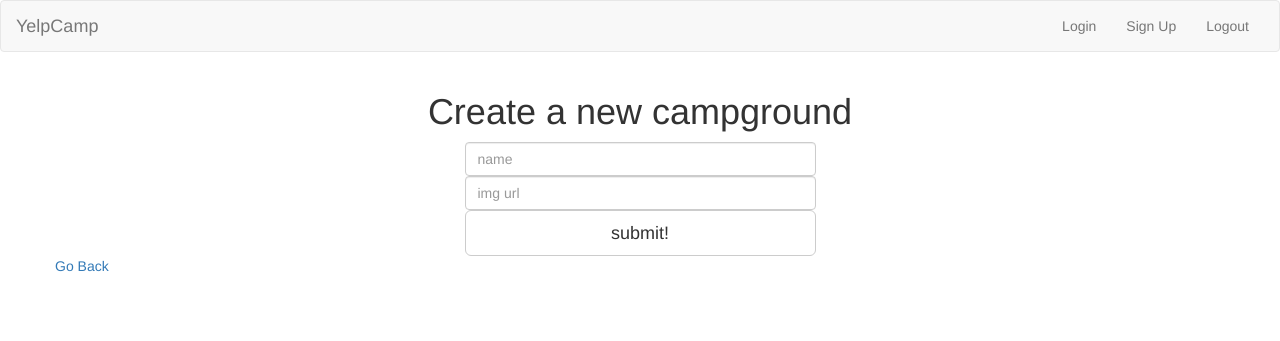
Repository: 19ycy91/myexercise
Page: http://localhost/campgrounds/new
The author's editor kept a record of every edit. The page is drawn from the files as they stood at one moment, then again after the next edit.
The browser window is 1280 px wide. The pictures show the whole page.
The page is served by the project's Node server (YelpCamp/v1/app.js).

Above is the page before.

### 6_Projects_UsingBackEndandRESTfulRoutes/workspace/YelpCamp/v1/views/new.ejs
<% include partials/header %>

<div class="container">
    <div class="row">


        <h1 style="text-align:center">Create a new campground</h1>
        <div style="width: 30%; margin: 0 auto;">


        <form action="/campgrounds" method="POST">
            <input class="form-control" type = text placeholder="name" name="name">
            <input class="form-control" type = text placeholder = "img url" name = "image">
            <button class="btn btn-lg btn-default btn-block"> submit! </button>
        </form>
        </div>

        <a href="/campgrounds">Go Back</a>
</div>
</div>
<% include partials/footer %>

### 6_Projects_UsingBackEndandRESTfulRoutes/workspace/YelpCamp/v1/views/partials/header.ejs
<!DOCTYPE html>
<html>
    <head>
        <title> YelpCamp</title>
        <link rel="stylesheet" href="//maxcdn.bootstrapcdn.com/bootstrap/3.3.7/css/bootstrap.min.css" integrity="sha384-BVYiiSIFeK1dGmJRAkycuHAHRg32OmUcww7on3RYdg4Va+PmSTsz/K68vbdEjh4u" crossorigin="anonymous">

    </head>
    <body>

    <nav class="navbar navbar-default">
        <div class="container-fluid">
            <div class="navbar-header">
                <a class="navbar-brand" href="/">YelpCamp</a>
            </div>
            <div class="collapse navbar-collapse">
                <ul class="nav navbar-nav navbar-right">
                    <li><a href="/">Login</a></li>
                    <li><a href="/">Sign Up</a></li>
                    <li><a href="/">Logout</a></li>
                </ul>
            </div>
        </div>
    </nav>

### 6_Projects_UsingBackEndandRESTfulRoutes/workspace/YelpCamp/v1/views/partials/footer.ejs
    <!--<p> trade markkkkkk</p>-->
    </body>


</html>

### 6_Projects_UsingBackEndandRESTfulRoutes/workspace/YelpCamp/v1/app.js
var express = require("express");
var app = express();


// this are for POST routes
var bodyParser = require("body-parser");
app.use(bodyParser.urlencoded({extended:true}));

app.set("view engine", "ejs");
app.get("/", function(req,res){
    res.render("landing");
});


var campgrounds = [
            {name: "Salmon Creek", image:"https://pixabay.com/get/e834b5062cf4033ed1584d05fb1d4e97e07ee3d21cac104491f0c578a2e8b3bb_340.jpg"},
            {name:"Granite Hill", image:"https://pixabay.com/get/e83db40e28fd033ed1584d05fb1d4e97e07ee3d21cac104491f0c578a2e8b3bb_340.jpg"},
            {name: "Mountain Goat's Rest", image:"https://pixabay.com/get/e83db50a2ff5083ed1584d05fb1d4e97e07ee3d21cac104491f0c578a2e8b3bb_340.jpg"},
                        {name: "Salmon Creek", image:"https://pixabay.com/get/e834b5062cf4033ed1584d05fb1d4e97e07ee3d21cac104491f0c578a2e8b3bb_340.jpg"},
            {name:"Granite Hill", image:"https://pixabay.com/get/e83db40e28fd033ed1584d05fb1d4e97e07ee3d21cac104491f0c578a2e8b3bb_340.jpg"},
            {name: "Mountain Goat's Rest", image:"https://pixabay.com/get/e83db50a2ff5083ed1584d05fb1d4e97e07ee3d21cac104491f0c578a2e8b3bb_340.jpg"},
                        {name: "Salmon Creek", image:"https://pixabay.com/get/e834b5062cf4033ed1584d05fb1d4e97e07ee3d21cac104491f0c578a2e8b3bb_340.jpg"},
            {name:"Granite Hill", image:"https://pixabay.com/get/e83db40e28fd033ed1584d05fb1d4e97e07ee3d21cac104491f0c578a2e8b3bb_340.jpg"},
            {name: "Mountain Goat's Rest", image:"https://pixabay.com/get/e83db50a2ff5083ed1584d05fb1d4e97e07ee3d21cac104491f0c578a2e8b3bb_340.jpg"}
        ];




app.get('/campgrounds', function(req,res){

    res.render("campgrounds", {campgrounds:campgrounds});


});

app.post("/campgrounds", function(req,res){
    var name = req.body.name;
    var img = req.body.image;
    campgrounds.push({name:name, image: img});
    res.redirect('/campgrounds');  //why can't i use render?
    // get data from form and add to camground array
    // rediret back to camground oage

});

app.get("/campgrounds/new", function(req,res){
    res.render("new.ejs");
});

app.listen(process.env.PORT, process.env.IP, function(){
    console.log("The YelpCamp server has started");
});

After the next edit:
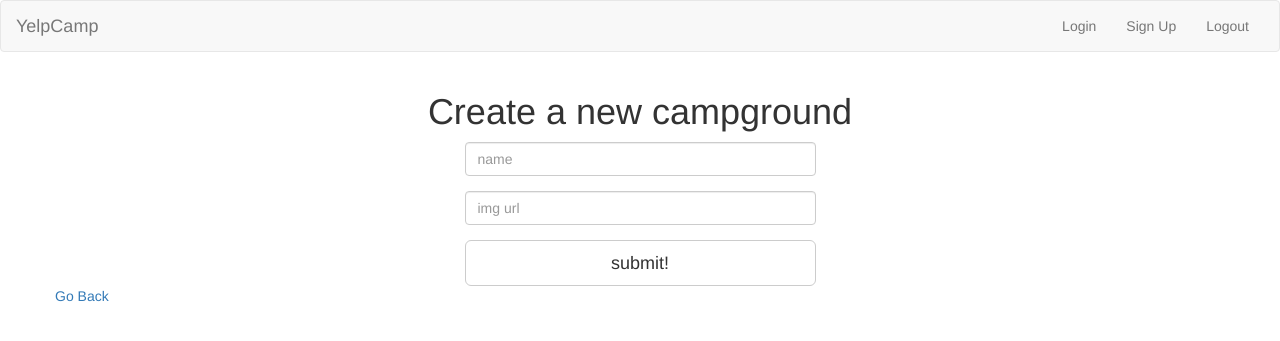
The edit:
--- a/6_Projects_UsingBackEndandRESTfulRoutes/workspace/YelpCamp/v1/views/new.ejs
+++ b/6_Projects_UsingBackEndandRESTfulRoutes/workspace/YelpCamp/v1/views/new.ejs
@@ -9,8 +9,12 @@
 
 
         <form action="/campgrounds" method="POST">
+            <div class="form-group">
             <input class="form-control" type = text placeholder="name" name="name">
+            </div>
+            <div class="form-group">
             <input class="form-control" type = text placeholder = "img url" name = "image">
+            </div>
             <button class="btn btn-lg btn-default btn-block"> submit! </button>
         </form>
         </div>
